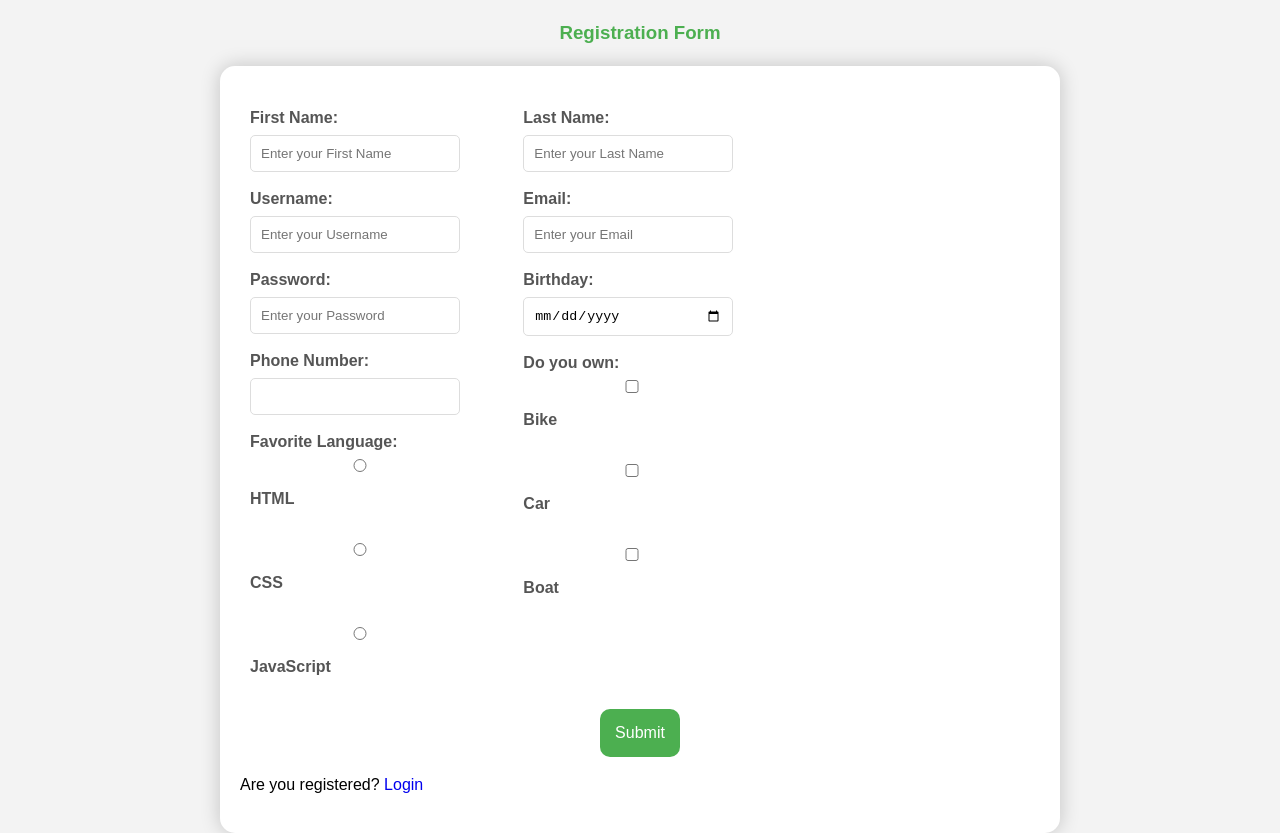
Repository: alizey12/Regestratin-Form-js
Page: regester.html
These files come from the project's save history. The page is drawn as it stood at one moment and after the next save; the edit follows.
The browser window is 1280 px wide. The pictures show the whole page.

Above is the page before, as saved 2024-11-29 18:43:38.

### regester.html
<!DOCTYPE html>
<html lang="en">
<head>
    <meta charset="UTF-8">
    <meta name="viewport" content="width=device-width, initial-scale=1.0">
    <link rel="stylesheet" href="regester.css">
    <title>Registration Form</title>
</head>
<body>
    <h3>Registration Form</h3>
    <div class="main">
        <form action="">
            <div class="grid-container">
                <div>
                    <label for="first">First Name:</label>
                    <input type="text" id="first" name="first" placeholder="Enter your First Name" required>

                    <label for="username">Username:</label>
                    <input type="text" id="username" name="username" placeholder="Enter your Username" required>

                    <label for="password">Password:</label>
                    <input type="password" id="password" name="password" placeholder="Enter your Password" required>

                    <label for="quantity">Phone Number:</label>
                    <input type="number" id="quantity" name="quantity" min="1" max="15">

                    <label for="fav_language">Favorite Language:</label>
                    <input type="radio" id="html" name="fav_language" value="HTML">
                    <label for="html">HTML</label><br>
                    <input type="radio" id="css" name="fav_language" value="CSS">
                    <label for="css">CSS</label><br>
                    <input type="radio" id="javascript" name="fav_language" value="JavaScript">
                    <label for="javascript">JavaScript</label>
                </div>
                <div>
                    <label for="second">Last Name:</label>
                    <input type="text" id="second" name="second" placeholder="Enter your Last Name" required>

                    <label for="email">Email:</label>
                    <input type="email" id="email" name="email" placeholder="Enter your Email" required>

                    <label for="birthday">Birthday:</label>
                    <input type="date" id="birthday" name="birthday">

                    <label>Do you own:</label>
                    <input type="checkbox" id="vehicle1" name="vehicle1" value="Bike">
                    <label for="vehicle1">Bike</label><br>
                    <input type="checkbox" id="vehicle2" name="vehicle2" value="Car">
                    <label for="vehicle2">Car</label><br>
                    <input type="checkbox" id="vehicle3" name="vehicle3" value="Boat">
                    <label for="vehicle3">Boat</label>
                </div>
            </div>
            <div class="wrap">
                <button type="submit">Submit</button>
            </div>
        </form>
        <p>Are you registered?
            <a href="signin.html" style="text-decoration: none;">Login</a>
        </p>
    </div>
</body>
</html>

### regester.css
body {
    display: flex;
    align-items: center;
    justify-content: center;
    font-family: sans-serif;
    line-height: 1.5;
    min-height: 100vh;
    background: #f3f3f3;
    flex-direction: column;
    margin: 0;
}

.main {
    background-color: #fff;
    border-radius: 15px;
    box-shadow: 0 0 20px rgba(0, 0, 0, 0.2);
    padding: 20px;
    transition: transform 0.2s;
    width: 800px;
}

h3 {
    color: #4CAF50;
    text-align: center;
}

label {
    display: block;
    margin-top: 10px;
    margin-bottom: 5px;
    text-align: left;
    color: #555;
    font-weight: bold;
}

input {
    display: block;
    width: 90%;
    margin-bottom: 15px;
    padding: 10px;
    box-sizing: border-box;
    border: 1px solid #ddd;
    border-radius: 5px;
}

button {
    padding: 15px;
    border-radius: 10px;
    margin-top: 15px;
    border: none;
    color: white;
    cursor: pointer;
    background-color: #4CAF50;
    font-size: 16px;
}

.wrap {
    display: flex;
    justify-content: center;
    align-items: center;
}

.grid-container {
    display: grid;

    grid-template-columns: 1fr 1fr 1fr;
    gap: 20px;
}

.grid-container div {
    padding: 10px;
}

After the next save:
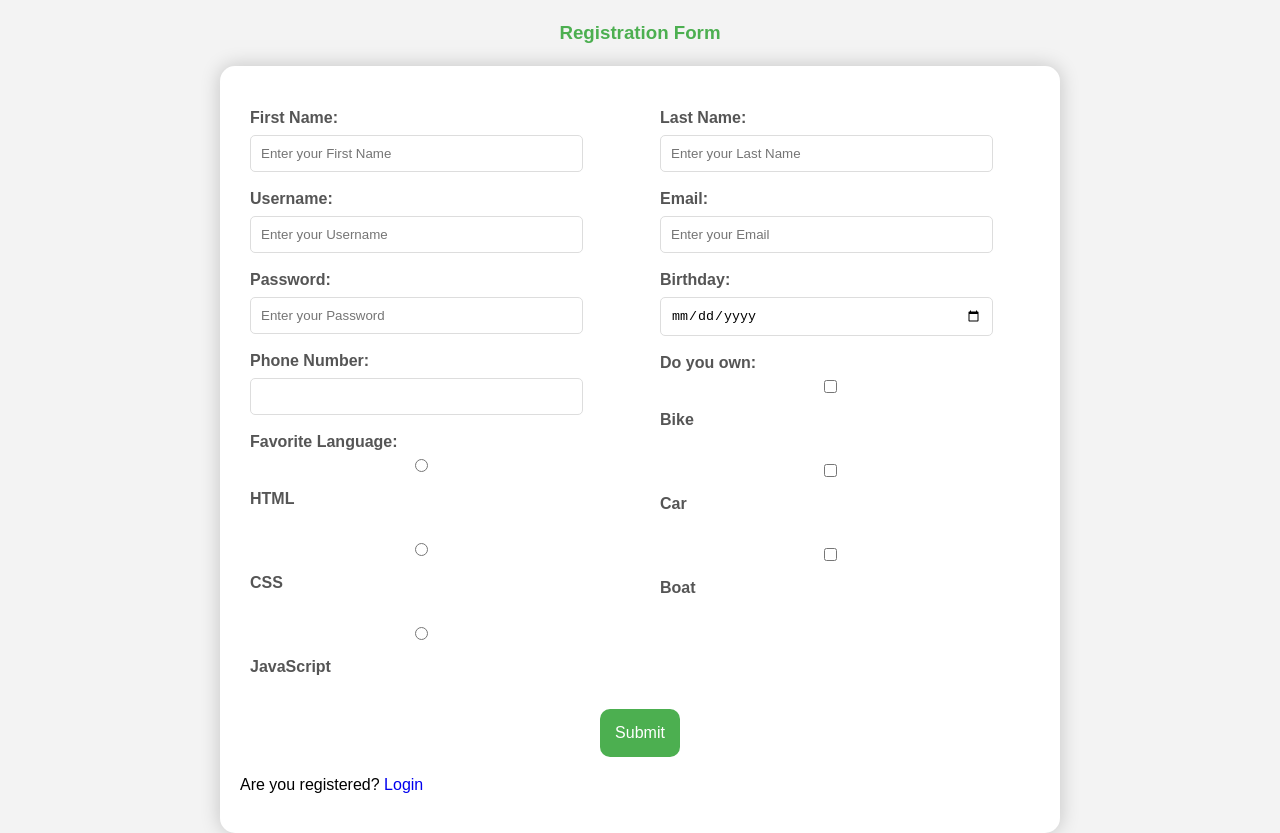
Saved 11 s later.
--- a/regester.css
+++ b/regester.css
@@ -63,7 +63,7 @@ button {
 .grid-container {
     display: grid;
 
-    grid-template-columns: 1fr 1fr 1fr;
+    grid-template-columns: 1fr 1fr;
     gap: 20px;
 }
 
